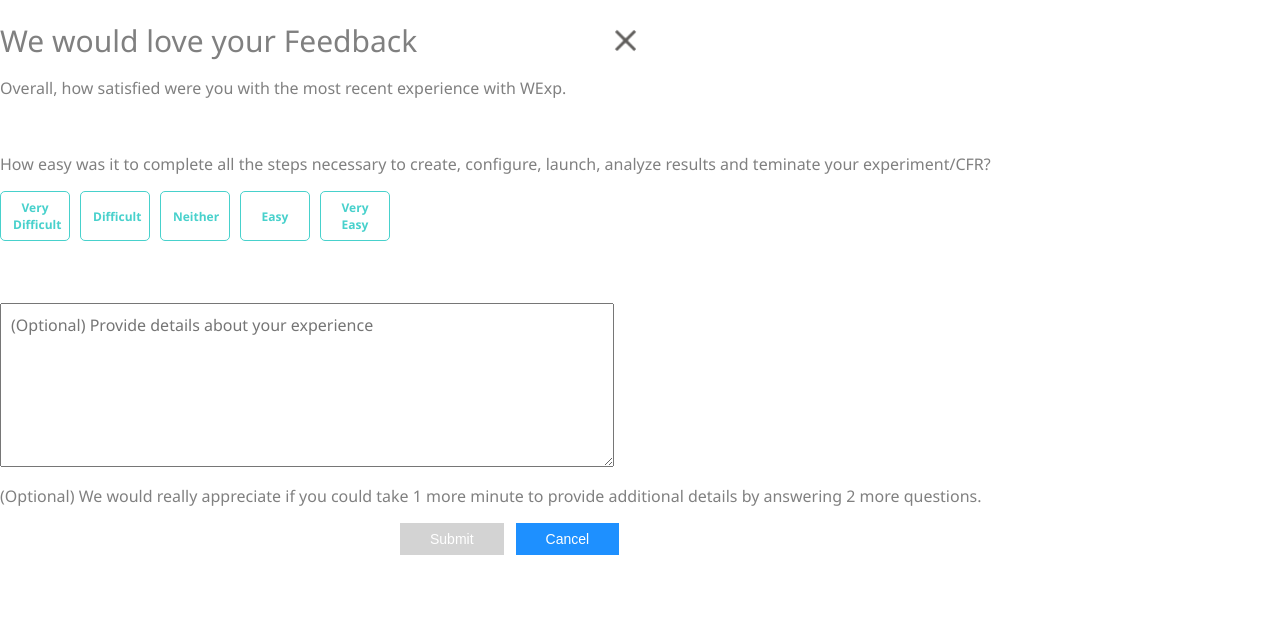
Repository: msfinnan/react-mobx-feedback-form
Page: /
These files come from the project's save history. The page is drawn as it stood at one moment and after the next save; the edit follows.
The browser window is 1280 px wide. The pictures show the whole page.
The project was rebuilt for these pictures with package versions that can differ from the ones it lists, and the page was loaded fresh each time.

Above is the page before, as saved 2019-08-27 16:13:30.

### src/index.tsx
import * as React from 'react';
import * as ReactDOM from 'react-dom';
import './index.css';
import App from './App';
import * as serviceWorker from './serviceWorker';

ReactDOM.render(<App inputNameFromChild=""/>, document.getElementById('root'));

// If you want your app to work offline and load faster, you can change
// unregister() to register() below. Note this comes with some pitfalls.
// Learn more about service workers: https://bit.ly/CRA-PWA
serviceWorker.unregister();

### src/App.tsx
import * as React from 'react';
import './App.css';
import './Components/BodyText';
// import BodyText from './Components/BodyText';
import { EmojiCollection } from './Components/EmojiCollection';
import { DifficultyButtonCollection } from './Components/DifficultyButtonCollection';
import { SubmissionButtonCollection } from './Components/SubmissionButtonCollection';
import { BodyText } from './Components/BodyText';
import { CommentBox } from './Components/CommentBox';
import { ButtonStore } from './stores/ButtonStore';
import { Provider } from 'mobx-react';





class App extends React.Component<{}, {}> {
  //initialize ButtonStore
  private buttonStore: any = new ButtonStore();
  public render() {
    return (
      <Provider buttonStore={this.buttonStore}>
        <div className="app">
          <div className="top-row">
            <h1 className="header">
              We would love your Feedback
        </h1>
            <img className="close-button" src={require('./images/close_button.PNG')} alt="close button" />
          </div>

          <BodyText text="Overall, how satisfied were you with the most recent experience with WExp." />
          <EmojiCollection />
          <BodyText text="How easy was it to complete all the steps necessary to create, configure, launch, analyze results and teminate your experiment/CFR?" />
          <DifficultyButtonCollection />
          <CommentBox text="(Optional) Provide details about your experience" commentBoxClassName="experince-details-textbox" />
          <BodyText text="(Optional) We would really appreciate if you could take 1 more minute to provide additional details by answering 2 more questions." />
          <SubmissionButtonCollection />
        </div>
      </Provider>
    );
  }
}

export default App;

### src/App.css
.app {
    font-family: 'Segoe UI', Tahoma, Verdana, sans-serif;
    font-weight: 500;
    color: grey;
}

.form {
    border: solid dodgerblue 2px;
    padding: 0px 20px 30px 20px;
    width: 625px;
    margin-top: 20px;
    margin-bottom: 20px;
}

.top-row {
    display: flex;
}

.header {
    font-weight: normal;
    font-size: 30px;
    margin-bottom: 0px;
}

.close-button {
    margin-left: 190px;
    margin-top: 25px;
    height: 32px;
}

.buttons-row {
    padding-bottom: 50px;
    display: flex;
}

.difficulty-button {
    color: mediumturquoise;
    background-color:white;
    border: 1px solid mediumturquoise;;
    border-radius: 5px;
    padding-left: 12px;
    padding-right: 12px;
    margin-right: 10px;
    margin-bottom: 12px;
    font-weight: 600;
    font-size: 12px;
    font-family: 'Segoe UI', Tahoma, Verdana, sans-serif;
    width: 70px;
    height: 50px;
    white-space: normal;
}

.difficulty-button-clicked {
    color: mediumturquoise;
    background-color:#E8E8E8;
    border: 1px solid mediumturquoise;;
    border-radius: 5px;
    padding-left: 12px;
    padding-right: 12px;
    margin-right: 10px;
    margin-bottom: 12px;
    font-weight: 600;
    font-size: 12px;
    font-family: 'Segoe UI', Tahoma, Verdana, sans-serif;
    width: 70px;
    height: 50px;
    white-space: normal;
}

.experince-details-textbox {
    width: 600px;
    height: 150px;
    vertical-align: top;
    padding-top: 10px;
    padding-left: 10px;
    text-align: start;
    color: gray;
    font-size: 16px;
    font-family: 'Segoe UI', Tahoma, Verdana, sans-serif;
    font-weight: 500;
    margin-bottom: 2px;
}

.submission-buttons-row {
    margin-left: 400px;
    display: flex;
}

.submit-button {
    background-color: lightgrey;
    border: none;
    color: white;
    padding: 8px 30px;
    text-align: center;
    text-decoration: none;
    font-size: 14px;
    margin-right: 12px;
}

.cancel-button {
    background-color: dodgerblue;
    border: none;
    color: white;
    padding: 8px 30px;
    text-align: center;
    text-decoration: none;
    font-size: 14px;
}

.submit-button-clicked {
    background-color: lightgreen;
    border: none;
    color: white;
    padding: 8px 30px;
    text-align: center;
    text-decoration: none;
    font-size: 14px;
    margin-right: 12px;
}

.cancel-button-clicked {
    background-color: lightcoral;
    border: none;
    color: white;
    padding: 8px 30px;
    text-align: center;
    text-decoration: none;
    font-size: 14px;
}

.emoji-border {
    border: 2px solid #E8E8E8;
}

.user-feedback {
    border: solid dodgerblue 2px;
    padding: 0px 20px 30px 20px;
    width: 625px;
    margin-top: 20px;
    margin-bottom: 20px;
    color: grey;
}

.user-feedback strong {
    font-weight: 500;
}

### src/Components/BodyText.tsx
import * as React from 'react';

export interface BodyProps {
    text: string;
}

//: React.FunctionComponent<BodyProps>

export const BodyText: React.FunctionComponent<BodyProps> = (props: BodyProps): JSX.Element => {
    return (
        <p className="grey-body-text">
            {props.text}
        </p>
    );
}

### src/Components/EmojiCollection.tsx
import * as React from 'react';
import { Emoji } from './Emoji';


export const EmojiCollection: React.FunctionComponent = (): JSX.Element => {

    const emojis: { src: string, alt: string }[] = [
        {
            src: 'images/red_emoji.PNG',
            alt: "red emoji",
        },
        {
            src: 'images/orange_emoji.PNG',
            alt: "orange emoji",
        },
        {
            src: 'images/yellow_emoji.PNG',
            alt: "yellow emoji",
        },
        {
            src: 'images/lt_green_emoji.PNG',
            alt: "light green emoji",
        },
        {
            src: 'images/dk_green_emoji.PNG',
            alt: "dark green emoji",
        },
    ];

    const emojiComponents = emojis.map((emoji, i) => {
        return (
            <Emoji key={i} />
        );
    });

    return (
        <div>
            { emojiComponents }
        </div>
    );

};

### src/Components/DifficultyButtonCollection.tsx
import * as React from 'react';
import { DifficultyButton } from './DifficultyButton';

export const DifficultyButtonCollection: React.FunctionComponent = (): JSX.Element => {
    const difficultyButtons: { buttonText: string }[] = [
        {
            buttonText: "Very Difficult"
        },
        {
            buttonText: "Difficult"
        },
        {
            buttonText: "Neither"
        },
        {
            buttonText: "Easy"
        },
        {
            buttonText: "Very Easy"
        },
    ];

    const difficultyButtonComponents = difficultyButtons.map((button, i) => {
        return (
            <DifficultyButton key={i} buttonText={button.buttonText} />
        )
    })
    return (
        <div className="buttons-row">
            { difficultyButtonComponents }
        </div>
    );


};

### src/Components/SubmissionButtonCollection.tsx
import * as React from 'react';
import { SubmissionButton } from './SubmissionButton';

export const SubmissionButtonCollection: React.FunctionComponent = (): JSX.Element => {
    const submissionButtons: { buttonClass: string, buttonText: string }[] = [
        {
            buttonText: "Submit",
            buttonClass: "submit-button",
        },
        {
            buttonText: "Cancel",
            buttonClass: "cancel-button",
        },
    ];

    const submissionButtonComponents = submissionButtons.map((button, i) => {
        return (
            <SubmissionButton key={i} buttonText={button.buttonText} buttonClass={button.buttonClass} />
        )
    })
    return (
        <div className="submission-buttons-row">
            { submissionButtonComponents }
        </div>
    );


};

### src/Components/CommentBox.tsx
import * as React from 'react';

type CommentBoxProps = {
    text: string
    commentBoxClassName: string
}

export class CommentBox extends React.Component<CommentBoxProps, {}> {


    onTextInput = (event: React.FormEvent<HTMLTextAreaElement>) => {
        const letterNumber = /^[a-zA-Z0-9',.!? ]*$/;

        if (!event.currentTarget.value.match(letterNumber)){
            alert("Symbols not allowed");
        }
    }


    render() {
        return (
            <textarea
                className={ this.props.commentBoxClassName } //could do something with isValidText for conditional formatting here
                onChange={ this.onTextInput }
                placeholder={ this.props.text }></textarea>
        );
    }
}

### src/stores/ButtonStore.ts
import { observable, action } from "mobx";

export class ButtonStore {

    @observable
    public emojiButtonClicked: boolean;

    @action
    public onButtonClick = (): void => {
        this.emojiButtonClicked = !this.emojiButtonClicked;
        console.log(`buttonclicked and the value is ${this.emojiButtonClicked}`)
    }



}

### src/Components/Emoji.tsx
import * as React from 'react';
import { observer, inject } from 'mobx-react';
import { observable, action } from 'mobx';
import { ButtonStore } from '../stores/ButtonStore';


interface EmojiProps {
    src: string;
    alt: string;
    buttonStore?: ButtonStore
}

@inject("buttonStore")
@observer
export class Emoji extends React.Component<EmojiProps, {}> {
    @observable public emojiButtonClicked: boolean = this.props.buttonStore.emojiButtonClicked;

    constructor(props: EmojiProps) {
        super(props);

        this.emojiButtonClicked = false;

    }

    // @action
    // private onButtonClick = (): void => {
    //     // this.setState({ buttonClicked: !this.state.buttonClicked })
    //     this.emojiButtonClicked = !this.emojiButtonClicked;
    // }

    public render(): JSX.Element {
        return (
            <img
                src={ this.props.src }
                className={ this.props.buttonStore.emojiButtonClicked ? "emoji-border" : undefined }
                alt={ this.props.alt }
                onClick={ this.props.buttonStore.onButtonClick }>
            </img>
        );
    }
}

### src/Components/DifficultyButton.tsx
import * as React from 'react';
import { observer, inject } from 'mobx-react'
import { ButtonStore } from '../stores/ButtonStore';
import { action, observable } from 'mobx';


interface DifficultyButtonProps {
    buttonText: string;
    buttonStore?: ButtonStore
}

@inject("buttonStore")
@observer
export class DifficultyButton extends React.Component<DifficultyButtonProps, {}> {
    @observable private buttonClicked: boolean;

    constructor(props: DifficultyButtonProps) {
        super(props);
        this.buttonClicked = false;
    }

    @action
    private onButtonClick = (): void => {
        this.buttonClicked = !this.buttonClicked
    };

    public render(): JSX.Element {
        return (
            <button
                className={this.buttonClicked ? "difficulty-button-clicked": "difficulty-button"}
                type="button"
                onClick={ this.onButtonClick }>
                { this.props.buttonText }
            </button>
        );
    }
}

### src/Components/SubmissionButton.tsx
import * as React from 'react';
import { observable, action } from 'mobx';
import { observer } from 'mobx-react';

interface SubmissionButtonProps {
    buttonText: string;
    buttonClass: string;
}

@observer
export class SubmissionButton extends React.Component<SubmissionButtonProps, {}> {
    @observable private buttonClicked: boolean;

    constructor(props: SubmissionButtonProps) {
        super(props);
        this.buttonClicked = false;
    }

    @action
    private onButtonClick = (): void => {
        this.buttonClicked = !this.buttonClicked
    }

    public render(): JSX.Element {
        return (
            <button
                type="button"
                className={ this.buttonClicked ? this.props.buttonClass + "-clicked" : this.props.buttonClass }
                onClick={ this.onButtonClick }>
                { this.props.buttonText }
            </button>

        );
    }
}

Loaded but not shown: public/index.html (common file); src/index.css (common file); src/serviceWorker.js (common file)

After the next save:
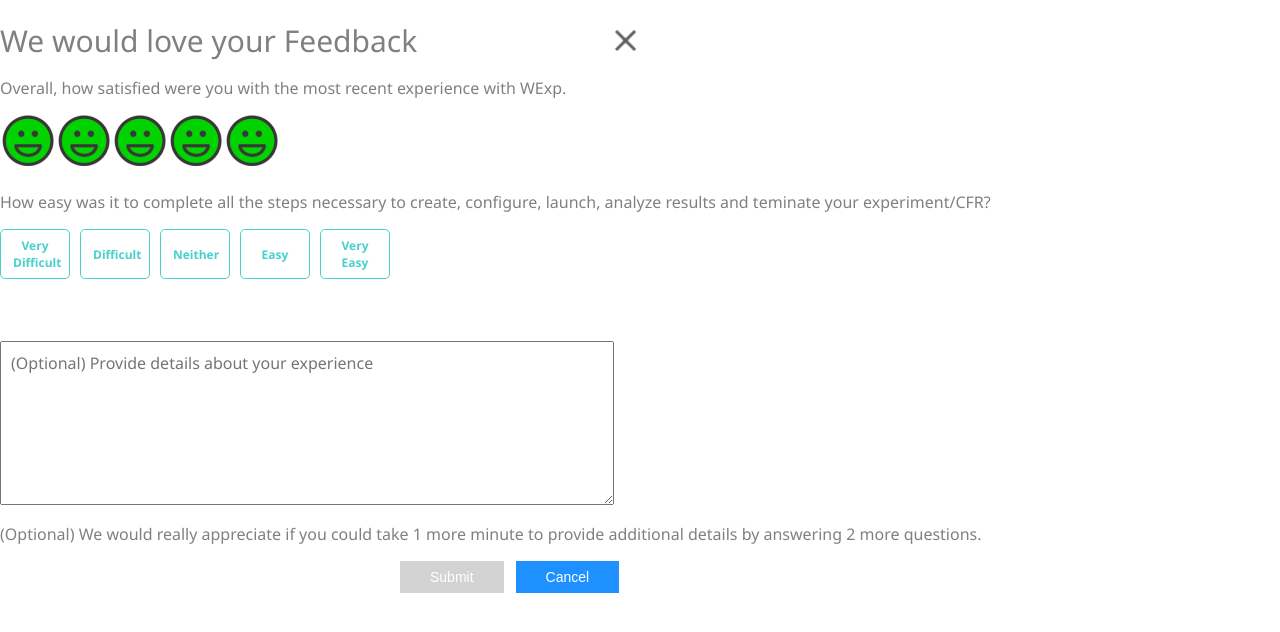
Saved 17 s later.
--- a/src/Components/Emoji.tsx
+++ b/src/Components/Emoji.tsx
@@ -5,8 +5,8 @@
 
 
 interface EmojiProps {
-    src: string;
-    alt: string;
+    // src: string;
+    // alt: string;
     buttonStore?: ButtonStore
 }
 
@@ -31,9 +31,9 @@
     public render(): JSX.Element {
         return (
             <img
-                src={ this.props.src }
+                src='images/dk_green_emoji.PNG'
                 className={ this.props.buttonStore.emojiButtonClicked ? "emoji-border" : undefined }
-                alt={ this.props.alt }
+                alt={ "alt text" }
                 onClick={ this.props.buttonStore.onButtonClick }>
             </img>
         );

After the save that followed:
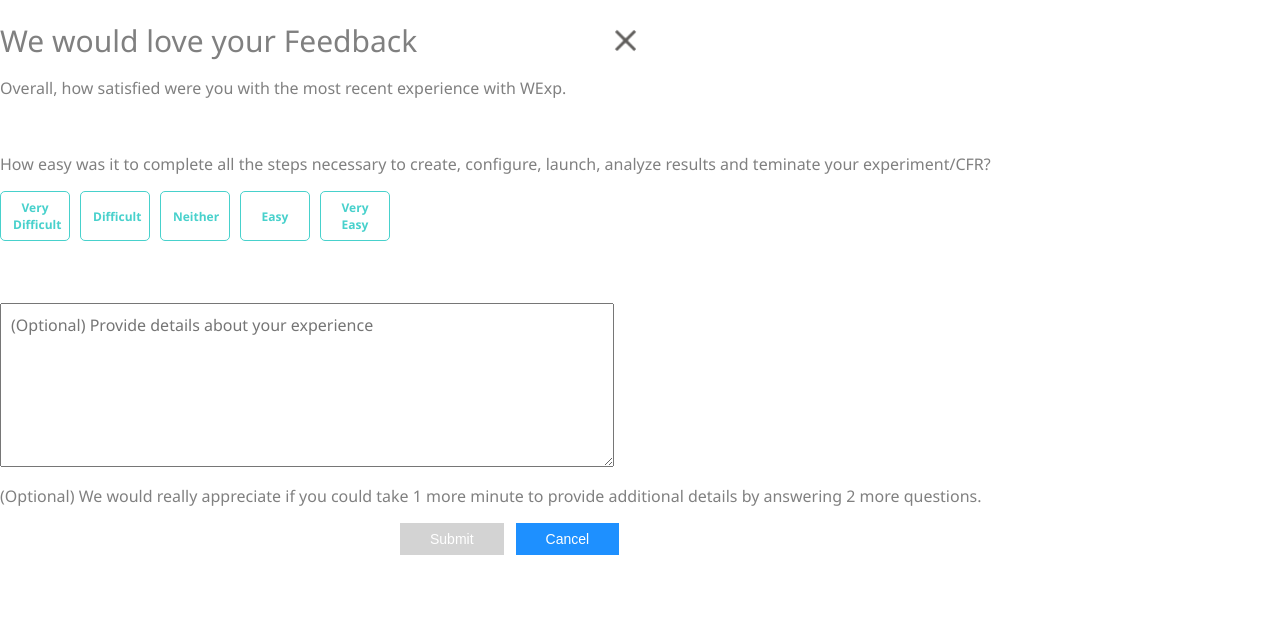
Saved 48 s later.
--- a/src/Components/Emoji.tsx
+++ b/src/Components/Emoji.tsx
@@ -5,8 +5,8 @@
 
 
 interface EmojiProps {
-    // src: string;
-    // alt: string;
+    src: string;
+    alt: string;
     buttonStore?: ButtonStore
 }
 
@@ -31,9 +31,9 @@
     public render(): JSX.Element {
         return (
             <img
-                src='images/dk_green_emoji.PNG'
+                src={ this.props.src }
                 className={ this.props.buttonStore.emojiButtonClicked ? "emoji-border" : undefined }
-                alt={ "alt text" }
+                alt={ this.props.alt }
                 onClick={ this.props.buttonStore.onButtonClick }>
             </img>
         );
